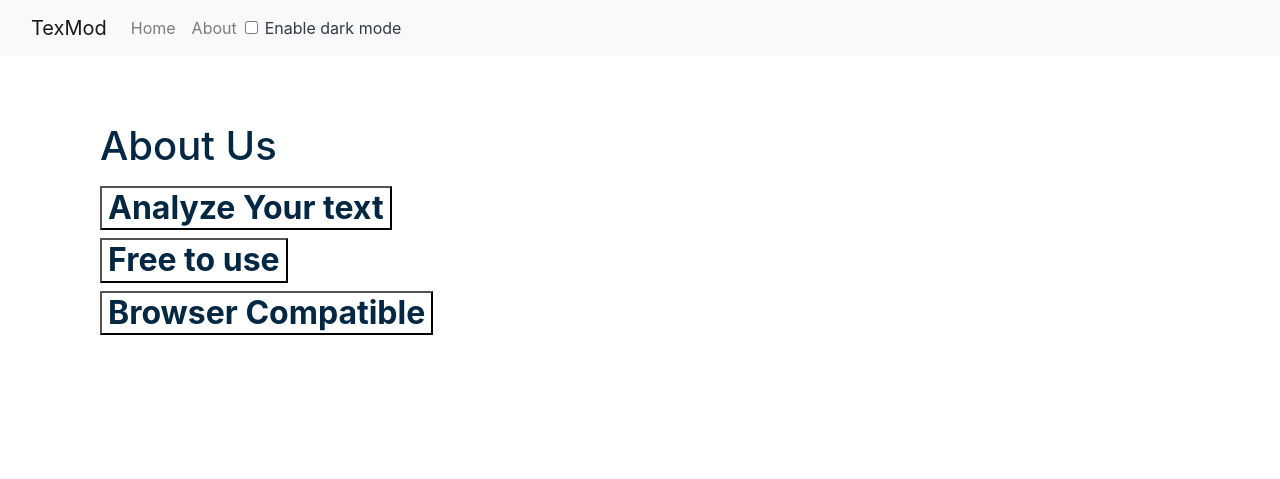
Repository: Ayush-dixit-15/TexMod
Page: /about
The author's editor kept a copy of each file at every save. The page is drawn from the files as they stood at one save, then again after a run of saves.
The browser window is 1280 px wide. The pictures show the whole page.
The project was rebuilt for these pictures with package versions that can differ from the ones it lists, and the page was loaded fresh each time. Also part of the build but not shown: src/App.css, src/components/TextForm.js.

Above is the page before, as saved 2022-07-01 14:06:25.

### public/index.html
<!DOCTYPE html>
<html lang="en">
  <head>
    <meta charset="utf-8" />
    <link rel="icon" href="%PUBLIC_URL%/favicon.ico" />
    <meta name="viewport" content="width=device-width, initial-scale=1" />
    <meta name="theme-color" content="#000000" />
    <meta
      name="description"
      content=""
    />
    <link rel="apple-touch-icon" href="%PUBLIC_URL%/logo192.png" />
    <link rel="manifest" href="%PUBLIC_URL%/manifest.json" />
    <link rel="stylesheet" href="https://cdn.jsdelivr.net/npm/bootstrap@4.6.1/dist/css/bootstrap.min.css" integrity="sha384-zCbKRCUGaJDkqS1kPbPd7TveP5iyJE0EjAuZQTgFLD2ylzuqKfdKlfG/eSrtxUkn" crossorigin="anonymous">
    <link rel="apple-touch-icon" sizes="57x57" href="/apple-icon-57x57.png">
    <link rel="apple-touch-icon" sizes="57x57" href="/apple-icon-57x57.png">
    <link rel="apple-touch-icon" sizes="60x60" href="/apple-icon-60x60.png">
    <link rel="apple-touch-icon" sizes="72x72" href="/apple-icon-72x72.png">
    <link rel="apple-touch-icon" sizes="76x76" href="/apple-icon-76x76.png">
    <link rel="apple-touch-icon" sizes="114x114" href="/apple-icon-114x114.png">
    <link rel="apple-touch-icon" sizes="120x120" href="/apple-icon-120x120.png">
    <link rel="apple-touch-icon" sizes="144x144" href="/apple-icon-144x144.png">
    <link rel="apple-touch-icon" sizes="152x152" href="/apple-icon-152x152.png">
    <link rel="apple-touch-icon" sizes="180x180" href="/apple-icon-180x180.png">
    <link rel="icon" type="image/png" sizes="192x192"  href="/android-icon-192x192.png">
    <link rel="icon" type="image/png" sizes="32x32" href="/favicon-32x32.png">
    <link rel="icon" type="image/png" sizes="96x96" href="/favicon-96x96.png">
    <link rel="icon" type="image/png" sizes="16x16" href="/favicon-16x16.png">
    <link rel="manifest" href="/manifest.json">
    <meta name="msapplication-TileColor" content="#ffffff">
    <meta name="msapplication-TileImage" content="/ms-icon-144x144.png">
    <meta name="theme-color" content="#ffffff">
    <title>TexMod</title>
  </head>
  <body>

    <div id="root"></div>
    <script src="https://cdn.jsdelivr.net/npm/jquery@3.5.1/dist/jquery.slim.min.js" integrity="sha384-DfXdz2htPH0lsSSs5nCTpuj/zy4C+OGpamoFVy38MVBnE+IbbVYUew+OrCXaRkfj" crossorigin="anonymous"></script>
    <script src="https://cdn.jsdelivr.net/npm/bootstrap@4.6.1/dist/js/bootstrap.bundle.min.js" integrity="sha384-fQybjgWLrvvRgtW6bFlB7jaZrFsaBXjsOMm/tB9LTS58ONXgqbR9W8oWht/amnpF" crossorigin="anonymous"></script>
  </body>
</html>

### src/App.js
import './App.css';
import Navbar from './components/Navbar';
import TextForm from './components/TextForm';
import About from './components/About';
import React, { useState } from 'react';
import Alert from './components/Alert';
import {
  BrowserRouter as Router,
  Switch,
  Route
} from "react-router-dom";


function App() {
  const [mode, setMode] = useState('light'); // Whether dark mode is enabled or not
  const [alert, setAlert] = useState(null);

  const showAlert = (message, type)=>{
      setAlert({
        msg: message,
        type: type
      })
      setTimeout(() => {
          setAlert(null);
      }, 1500);
  }

  const toggleMode = ()=>{
    if(mode === 'light'){
      setMode('dark');
      document.body.style.backgroundColor = '#042743';
      showAlert("Dark mode has been enabled", "success");
    }
    else{
      setMode('light');
      document.body.style.backgroundColor = 'white';
      showAlert("Light mode has been enabled", "success");
    }
  }
  return (
    <>
    <Router>
    <Navbar title="TexMod" mode={mode} toggleMode={toggleMode} key={new Date()} />
    <Alert alert={alert}/>
    <div className="container my-3">
    <Switch>
    {/* /users --> Component 1
        /users/home --> Component 2 */}
          <Route exact path="/about">
            <About mode={mode} />
          </Route>
          <Route exact path="/">
            <TextForm showAlert={showAlert} heading="TexMod" mode={mode}/>
          </Route>
    </Switch>
    </div>
    </Router>
    </>
  );
}

export default App;

### src/components/Navbar.js
import React from "react";
import PropTypes from "prop-types";
import { Link } from "react-router-dom";

export default function Navbar(props) {
  return (
    <nav
      className={`navbar navbar-expand-lg navbar-${props.mode} bg-${props.mode}`}
    >
      <div className="container-fluid">
        <Link className="navbar-brand" to="/">
          {props.title}
        </Link>
        <button
          className="navbar-toggler"
          type="button"
          data-bs-toggle="collapse"
          data-bs-target="#navbarSupportedContent"
          aria-controls="navbarSupportedContent"
          aria-expanded="false"
          aria-label="Toggle navigation"
        >
          <span className="navbar-toggler-icon"></span>
        </button>
        <div className="collapse navbar-collapse" id="navbarSupportedContent">
          <ul className="navbar-nav me-auto mb-2 mb-lg-0">
            <li className="nav-item">
              <Link className="nav-link" aria-current="page" to="/">
                Home
              </Link>
            </li>
            <li className="nav-item">
              <Link className="nav-link" to="/about">
                {props.aboutText}
              </Link>
            </li>
          </ul>
          <div
            className={`form-check form-switch text-${
              props.mode === "light" ? "dark" : "light"
            }`}
          >

            <input class="form-check-input"   onClick={props.toggleMode} type="checkbox" role="switch" id="flexSwitchCheckDefault"/>
  <label class="form-check-label" for="flexSwitchCheckDefault">  Enable dark mode</label>
          </div>
        </div>
      </div>
    </nav>
  );
}

Navbar.propTypes = {
  title: PropTypes.string.isRequired,
  aboutText: PropTypes.string.isRequired,
};

Navbar.defaultProps = {
  title: "Set title here",
  aboutText: "About",
};

### src/components/About.js
import React from 'react'

export default function About(props) {

    // const [myStyle, setMyStyle] = useState({
    //     color: 'black',
    //     backgroundColor: 'white'
    // })
    let myStyle = {
        color: props.mode ==='dark'?'white':'#042743',
        backgroundColor: props.mode ==='dark'?'rgb(36 74 104)':'white',
    }

    return (
        <div className="container">
            <h1 className="my-3" style={{color: props.mode ==='dark'?'white':'#042743'}}>About Us</h1>
            <div id="collapseOne" className="accordion-collapse collapse show" aria-labelledby="headingOne" data-bs-parent="#accordionExample">
            <div className="accordion" id="accordionExample">
                <div className="accordion-item">
                    <h2 className="accordion-header" id="headingOne">
                    <button className="accordion-button" type="button" style={myStyle} data-bs-toggle="collapse" data-bs-target="#collapseOne" aria-expanded="true" aria-controls="collapseOne">
                    <strong>Analyze Your text </strong>
                    </button>
                    </h2>

                    </div>
                </div>
                <div className="accordion-item">
                    <h2 className="accordion-header" id="headingTwo">
                    <button className="accordion-button collapsed" style={myStyle} type="button" data-bs-toggle="collapse" data-bs-target="#collapseTwo" aria-expanded="false" aria-controls="collapseTwo">
                    <strong>Free to use </strong>
                    </button>
                    </h2>
                    <div id="collapseTwo" className="accordion-collapse collapse" aria-labelledby="headingTwo" data-bs-parent="#accordionExample">
                    <div className="accordion-body" style={myStyle}>
                    TextUtils is a free character counter tool that provides instant character count & word count statistics for a given text. TextUtils reports the number of words and characters. Thus it is suitable for writing text with word/ character limit.
                    </div>
                    </div>
                </div>
                <div className="accordion-item">
                    <h2 className="accordion-header" id="headingThree">
                    <button className="accordion-button collapsed" style={myStyle} type="button" data-bs-toggle="collapse" data-bs-target="#collapseThree" aria-expanded="false" aria-controls="collapseThree">
                    <strong>Browser Compatible </strong>
                    </button>
                    </h2>
                    <div id="collapseThree" className="accordion-collapse collapse" aria-labelledby="headingThree" data-bs-parent="#accordionExample">
                    <div className="accordion-body" style={myStyle}>
                    This word counter software works in any web browsers such as Chrome, Firefox, Internet Explorer, Safari, Opera. It suits to count characters in facebook, blog, books, excel document, pdf document, essays, etc.

                    </div>
                    </div>
                </div>
            </div>

        </div>
    )
}

Loaded but not shown: src/index.js (common file); src/index.css (common file); src/reportWebVitals.js (common file); src/components/Alert.js (common file)

After the next 2 saves:
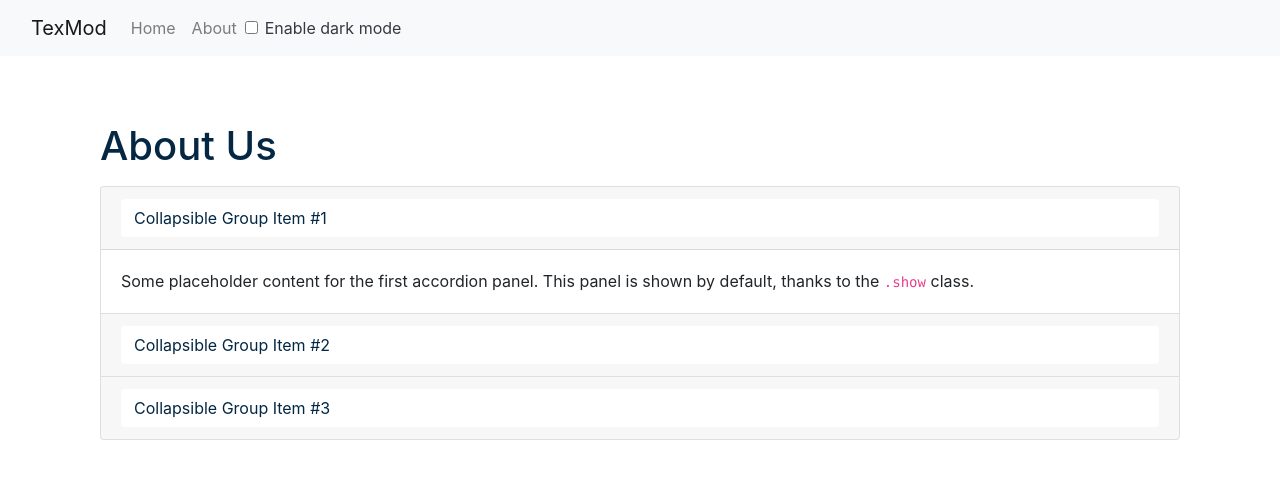
The 2 saves are shown as one change because 1 did not build or start.
The last was saved 11 min 1 s later.
--- a/src/components/About.js
+++ b/src/components/About.js
@@ -14,44 +14,51 @@ export default function About(props) {
     return (
         <div className="container">
             <h1 className="my-3" style={{color: props.mode ==='dark'?'white':'#042743'}}>About Us</h1>
-            <div id="collapseOne" className="accordion-collapse collapse show" aria-labelledby="headingOne" data-bs-parent="#accordionExample">
-            <div className="accordion" id="accordionExample">
-                <div className="accordion-item">
-                    <h2 className="accordion-header" id="headingOne">
-                    <button className="accordion-button" type="button" style={myStyle} data-bs-toggle="collapse" data-bs-target="#collapseOne" aria-expanded="true" aria-controls="collapseOne">
-                    <strong>Analyze Your text </strong>
-                    </button>
-                    </h2>
+            <div class="accordion" id="accordionExample">
+  <div class="card">
+    <div class="card-header" id="headingOne">
+      <h2 class="mb-0">
+        <button class="btn btn-link btn-block text-left" type="button" data-toggle="collapse" data-target="#collapseOne" aria-expanded="true" aria-controls="collapseOne" style={myStyle}>
+          Collapsible Group Item #1
+        </button>
+      </h2>
+    </div>
 
-                    </div>
-                </div>
-                <div className="accordion-item">
-                    <h2 className="accordion-header" id="headingTwo">
-                    <button className="accordion-button collapsed" style={myStyle} type="button" data-bs-toggle="collapse" data-bs-target="#collapseTwo" aria-expanded="false" aria-controls="collapseTwo">
-                    <strong>Free to use </strong>
-                    </button>
-                    </h2>
-                    <div id="collapseTwo" className="accordion-collapse collapse" aria-labelledby="headingTwo" data-bs-parent="#accordionExample">
-                    <div className="accordion-body" style={myStyle}>
-                    TextUtils is a free character counter tool that provides instant character count & word count statistics for a given text. TextUtils reports the number of words and characters. Thus it is suitable for writing text with word/ character limit.
-                    </div>
-                    </div>
-                </div>
-                <div className="accordion-item">
-                    <h2 className="accordion-header" id="headingThree">
-                    <button className="accordion-button collapsed" style={myStyle} type="button" data-bs-toggle="collapse" data-bs-target="#collapseThree" aria-expanded="false" aria-controls="collapseThree">
-                    <strong>Browser Compatible </strong>
-                    </button>
-                    </h2>
-                    <div id="collapseThree" className="accordion-collapse collapse" aria-labelledby="headingThree" data-bs-parent="#accordionExample">
-                    <div className="accordion-body" style={myStyle}>
-                    This word counter software works in any web browsers such as Chrome, Firefox, Internet Explorer, Safari, Opera. It suits to count characters in facebook, blog, books, excel document, pdf document, essays, etc.
-
-                    </div>
-                    </div>
-                </div>
-            </div>
-
+    <div id="collapseOne" class="collapse show" aria-labelledby="headingOne" data-parent="#accordionExample">
+      <div class="card-body">
+        Some placeholder content for the first accordion panel. This panel is shown by default, thanks to the <code>.show</code> class.
+      </div>
+    </div>
+  </div>
+  <div class="card">
+    <div class="card-header" id="headingTwo">
+      <h2 class="mb-0">
+        <button class="btn btn-link btn-block text-left collapsed" type="button" data-toggle="collapse" data-target="#collapseTwo" aria-expanded="false" aria-controls="collapseTwo" style={myStyle}>
+          Collapsible Group Item #2
+        </button>
+      </h2>
+    </div>
+    <div id="collapseTwo" class="collapse" aria-labelledby="headingTwo" data-parent="#accordionExample">
+      <div class="card-body">
+        Some placeholder content for the second accordion panel. This panel is hidden by default.
+      </div>
+    </div>
+  </div>
+  <div class="card">
+    <div class="card-header" id="headingThree">
+      <h2 class="mb-0">
+        <button class="btn btn-link btn-block text-left collapsed" type="button" data-toggle="collapse" data-target="#collapseThree" aria-expanded="false" aria-controls="collapseThree" style={myStyle}>
+          Collapsible Group Item #3
+        </button>
+      </h2>
+    </div>
+    <div id="collapseThree" class="collapse" aria-labelledby="headingThree" data-parent="#accordionExample">
+      <div class="card-body">
+        And lastly, the placeholder content for the third and final accordion panel. This panel is hidden by default.
+      </div>
+    </div>
+  </div>
+</div>
         </div>
     )
 }
